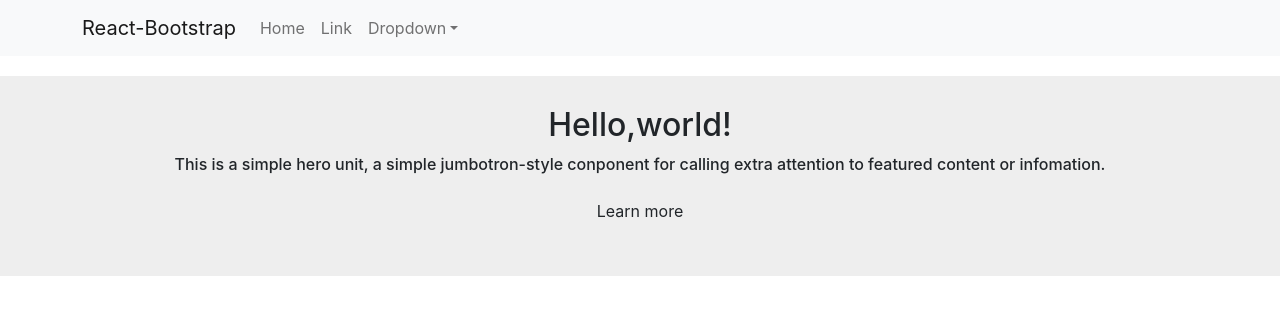
Repository: sonchangdo/mokdong
Page: / (app in shop/)
These files come from the project's save history. The page is drawn as it stood at one moment and after the next save; the edit follows.
The browser window is 1280 px wide. The pictures show the whole page.
The project was rebuilt for these pictures with package versions that can differ from the ones it lists, and the page was loaded fresh each time.

Above is the page before, as saved 2022-01-10 12:27:23.

After the next save:
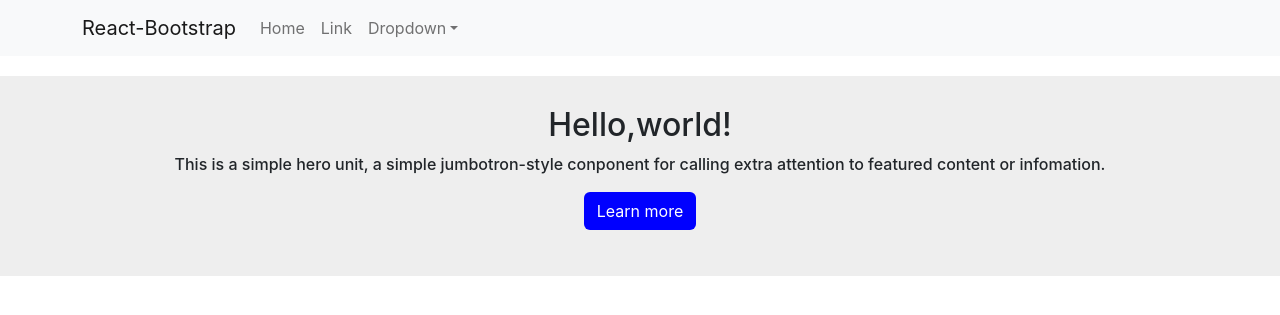
Saved 13 s later.
--- a/shop/src/App.css
+++ b/shop/src/App.css
@@ -23,7 +23,7 @@
   font-weight:500;
 }
 
-.jumbotron > p:nth-child(2) > .btn{
+.jumbotron .btn{
   background:blue;
   color:#fff;
   border-radius: 6px;
